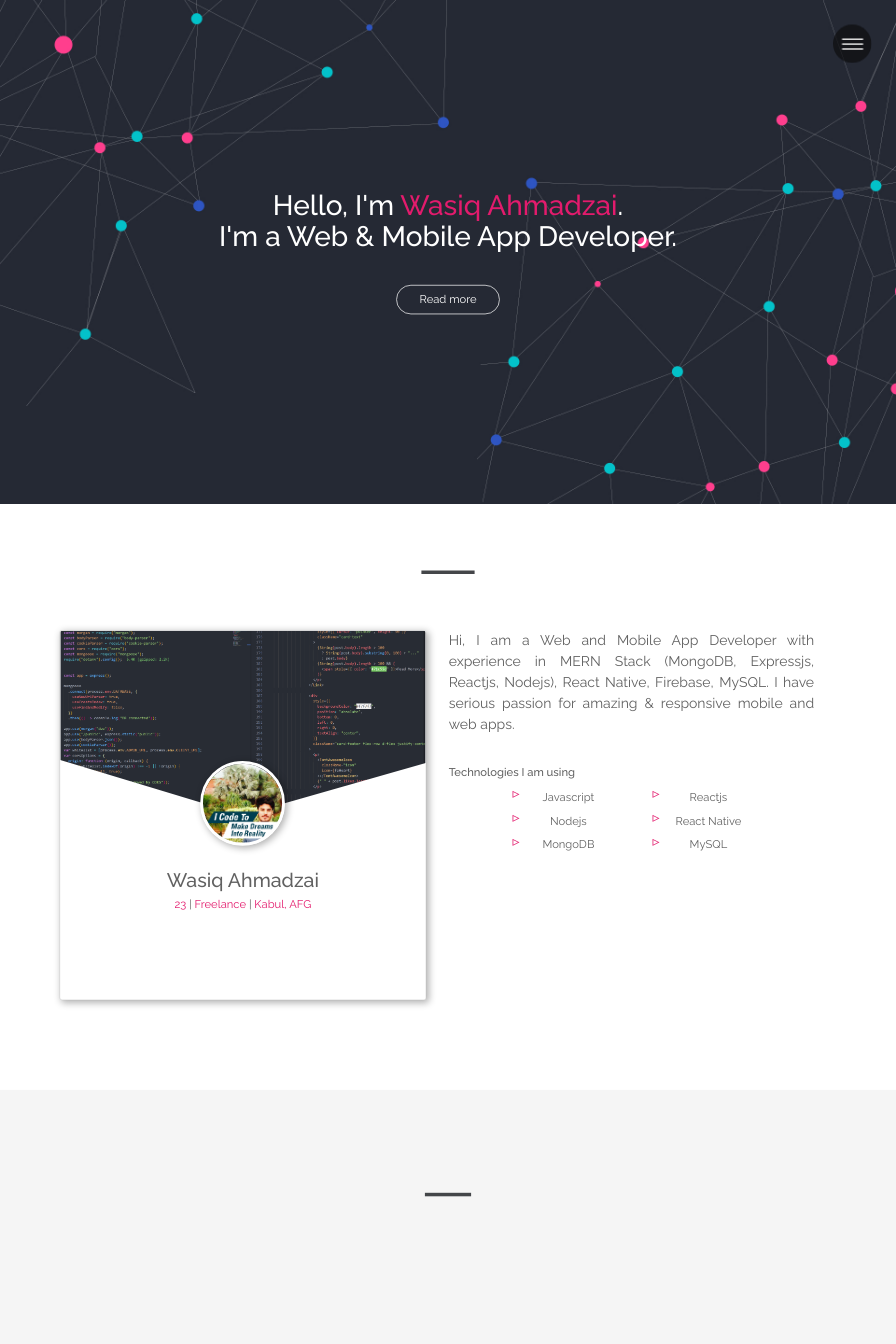
Repository: wasiqkhan/wasiqkhan.github.io
Page: index.html
The author's editor kept a copy of each file at every save. The page is drawn from the files as they stood at one save, then again after the next save.
The browser window is 1280 px wide. The pictures show the part of the page from y = 0 to 1920 px (the page is 5002 px tall), at 70% of full size.
Some web fonts or font styles are not loaded; a fallback is used.

Above is the page before, as saved 2020-11-06 17:39:15.
Not found: js/all.js
Not found: js/app.js
Not found: js/particles.js

After the next save:
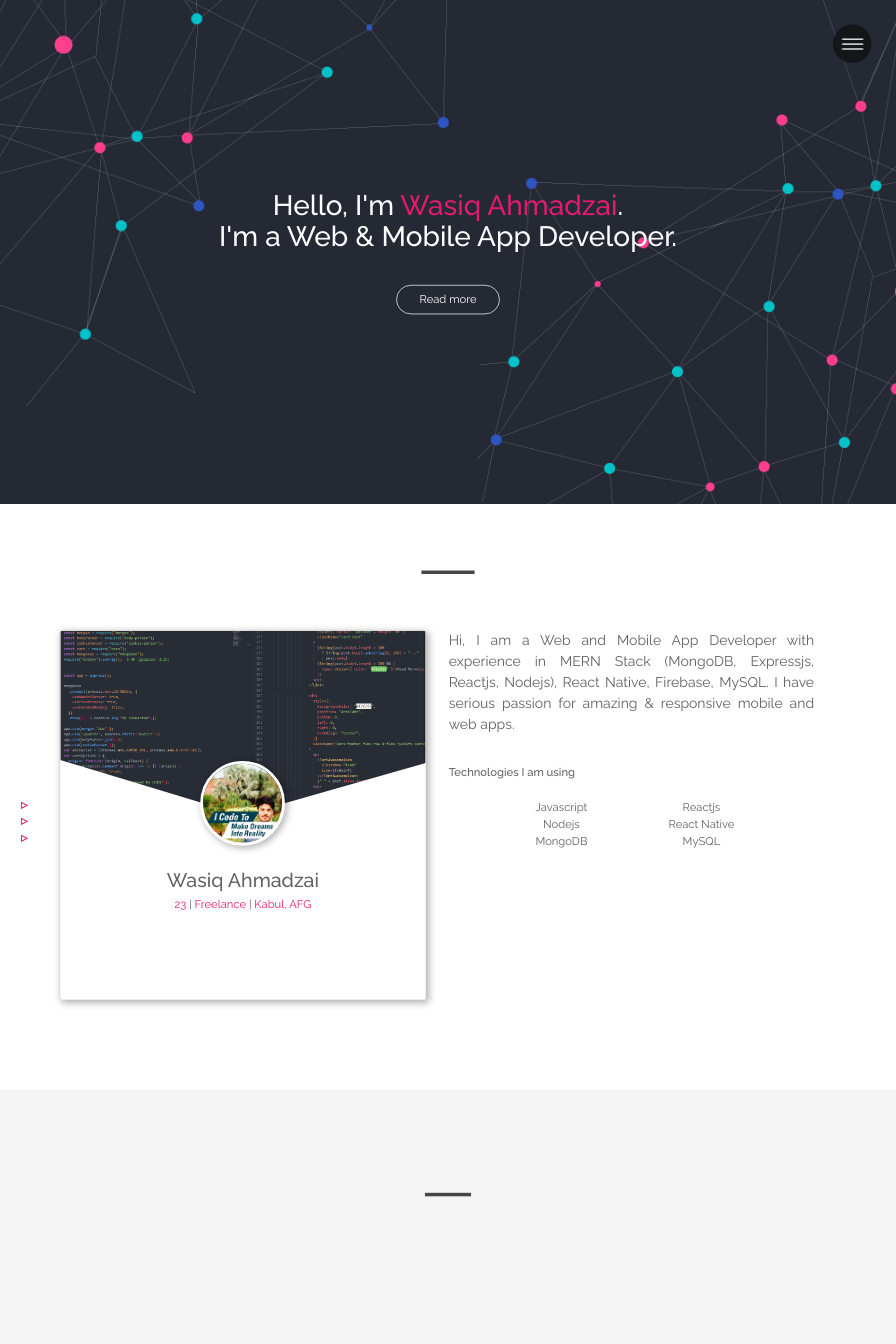
Saved 9 s later.
--- a/css/style.css
+++ b/css/style.css
@@ -471,9 +471,9 @@ a {
   list-style: none;
 }
 .skill-set li {
-  position: relative;
+  /* position: relative;
   margin-bottom: 10px;
-  padding-left: 20px;
+  padding-left: 20px; */
 }
 .skill-set li::before {
   content: "▹";
